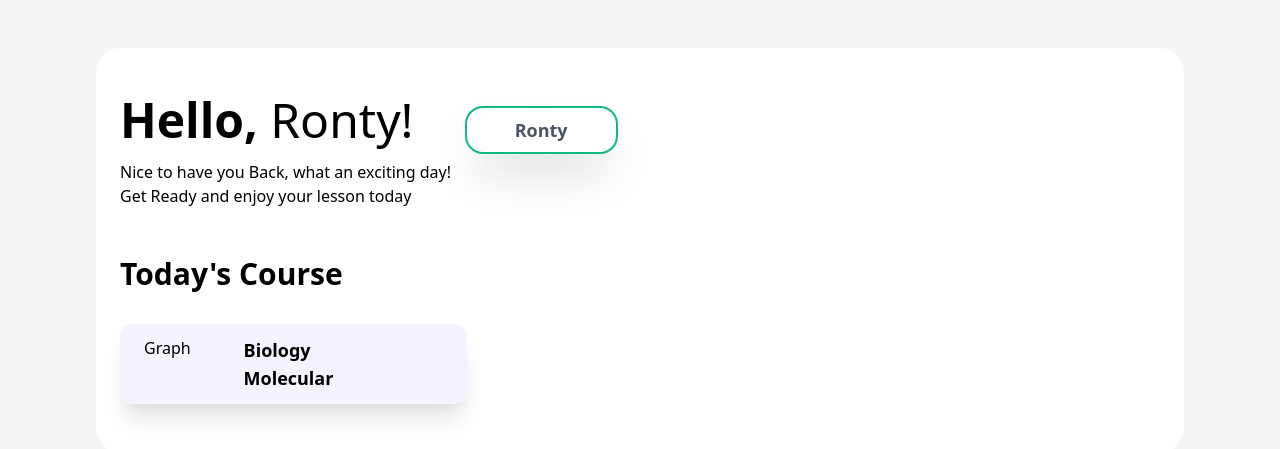
Repository: coolronts/Vite-Tailwind
Page: /
The author's editor kept a copy of each file at every save. The page is drawn from the files as they stood at one save, then again after the next save.
The browser window is 1280 px wide. The pictures show the whole page.
The project was rebuilt for these pictures with package versions that can differ from the ones it lists, and the page was loaded fresh each time. Also part of the build but not shown: vite.config.js.

Above is the page before, as saved 2021-11-26 07:31:00.

### src/App.jsx
import './App.css'

import {Course, Intro} from './Section'
import { PrimaryButton, SecondaryButton } from './components/Button'

import {PrimaryCard} from './components/Card'
import SplitScreen from './components/SplitScreen'
import { useState } from 'react'

function App() {

  return (
    <div className="App bg-white my-12 mx-24 rounded-3xl px-6 py-12">
      <SplitScreen leftWeight = 'w-1/3'>
        <div id="left">
          <Intro/>
          <div id="course">
            <p className="text-3xl font-bold  font-sans mb-8">Today's Course</p>
            <PrimaryCard>
              <Course/>
            </PrimaryCard>
          </div>

        </div>

        <div id="right">
          <SecondaryButton name="Ronty"/>
        </div>


      </SplitScreen>
    </div>
  )
}

export default App

### src/Section/index.js
import Course from "./Course";
import Intro from "./Intro";

export { Intro, Course };

### src/components/Button/index.jsx
import React from 'react'

export const PrimaryButton = ({name}) =>{
  return (
    <button className="bg-green-500 px-12 py-2 ring-2 ring-green-500 text-white text-lg font-semibold shadow-2xl rounded-2xl mt-3">
      {name}
    </button>
  )
}

export const SecondaryButton = ({name}) =>{
  return (
    <button className="bg-white px-12 py-2 ring-2 ring-green-500 text-gray-600 text-lg font-semibold shadow-2xl rounded-2xl mt-3">
      {name}
    </button>
  )
}

### src/components/Card/index.jsx
import React from 'react'

export const PrimaryCard =({children})=> {
  return (
    <div className="bg-purple-50 py-3 px-6  rounded-xl shadow-xl">
      {children}
    </div>
  )
}

### src/components/SplitScreen/index.jsx
import PropTypes from 'prop-types'
import React from "react"
import tw from "tailwind-styled-components"

const Container = tw.div`${(props) => props.weight}`;

const Pane = tw.div`${(props) => props.weight}`;

const SplitScreen = ({
	children,
	containerWeight = 'flex w-full',
  leftWeight = 'w-1/2',
	rightWeight = 'w-1/2',
}) => {
	const [left, right] = children;
	return (
		<Container className={containerWeight}>
			<Pane className={leftWeight}>
				{left}
			</Pane>
			<Pane className={rightWeight}>
				{right}
			</Pane>
		</Container>
	);
}

export default SplitScreen

SplitScreen.propTypes = {
	children: PropTypes.arrayOf(PropTypes.node).isRequired,
	containerWeight: PropTypes.string,
	leftWeight: PropTypes.string,
	rightWeight: PropTypes.string,
}

### src/Section/Course/index.jsx
import React from 'react'
import SplitScreen from '../../components/SplitScreen'

export default function Course() {
  return (
    <SplitScreen leftWeight = 'w-1/3'>
      <div id="left">
        Graph
      </div>
      <div id="right">
        <h4 className="font-bold text-lg">Biology Molecular</h4>
      </div>
    </SplitScreen>
  )
}

### src/Section/Intro/index.jsx
import React from 'react'

export default function Intro({name}) {
  return (
    <div className="mb-12">
      <h3 className="text-5xl font-sans font-bold mb-4">Hello, <span className="font-light">Ronty!</span> </h3>
      <div className="font-semibold tracking-wide text-gray-500">

      </div>
      <h5>Nice to have you Back, what an exciting day!</h5>
      <h5>Get Ready and enjoy your lesson today</h5>
    </div>
  )
}

Loaded but not shown: index.html (common file); src/main.jsx (common file); src/index.css (common file); src/App.css (common file); tailwind.config.js (common file)

After the next save:
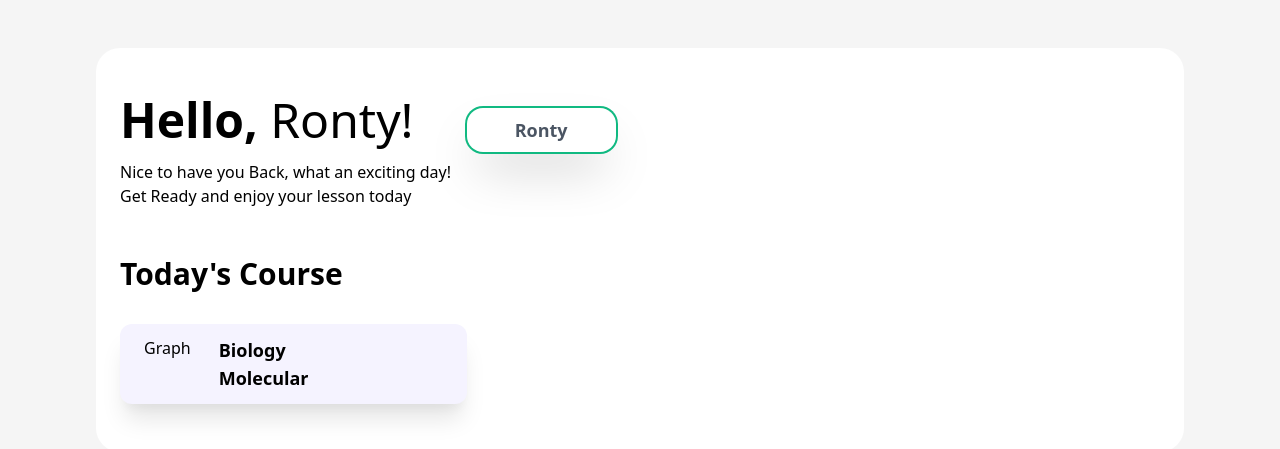
Saved 9 s later.
--- a/src/Section/Course/index.jsx
+++ b/src/Section/Course/index.jsx
@@ -3,7 +3,7 @@ import SplitScreen from '../../components/SplitScreen'
 
 export default function Course() {
   return (
-    <SplitScreen leftWeight = 'w-1/3'>
+    <SplitScreen leftWeight = 'w-1/4'>
       <div id="left">
         Graph
       </div>
